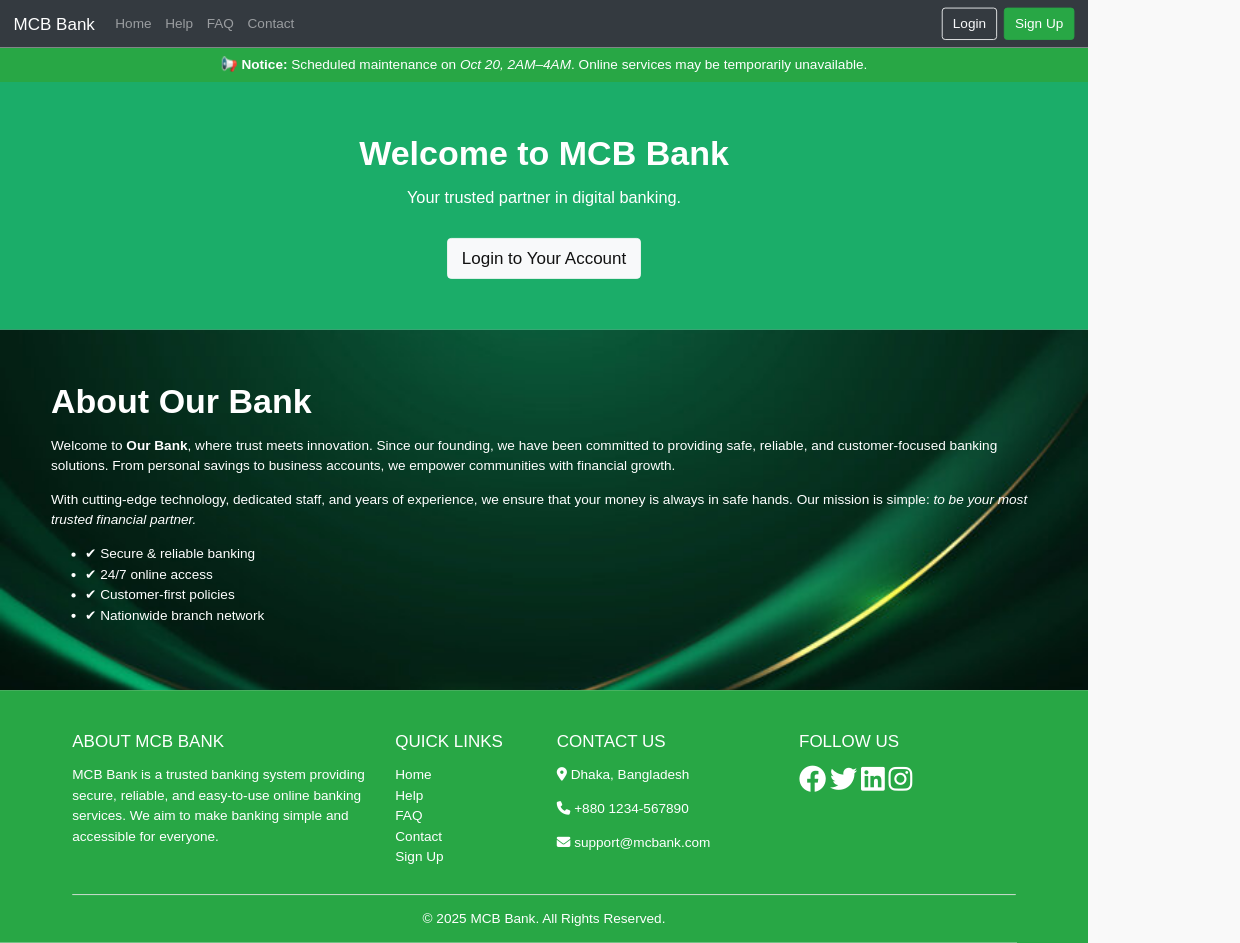
Repository: mhbshimla/my-bank
Page: http://localhost/home.php
These files come from the project's save history. The page is drawn as it stood at one moment and after the next save; the edit follows.
The browser window is 1280 px wide. The page is 1280 px wide, then 1459 px, then 1280 px, so the pictures cover 1459 px, including what lies to the right of the window. The pictures show the whole page, at 85% of full size.
The page is run by PHP 8.4 with error messages shown; the project is at /var/www/html/.

Above is the page before, as saved 2025-10-20 21:15:57.

After the next save:
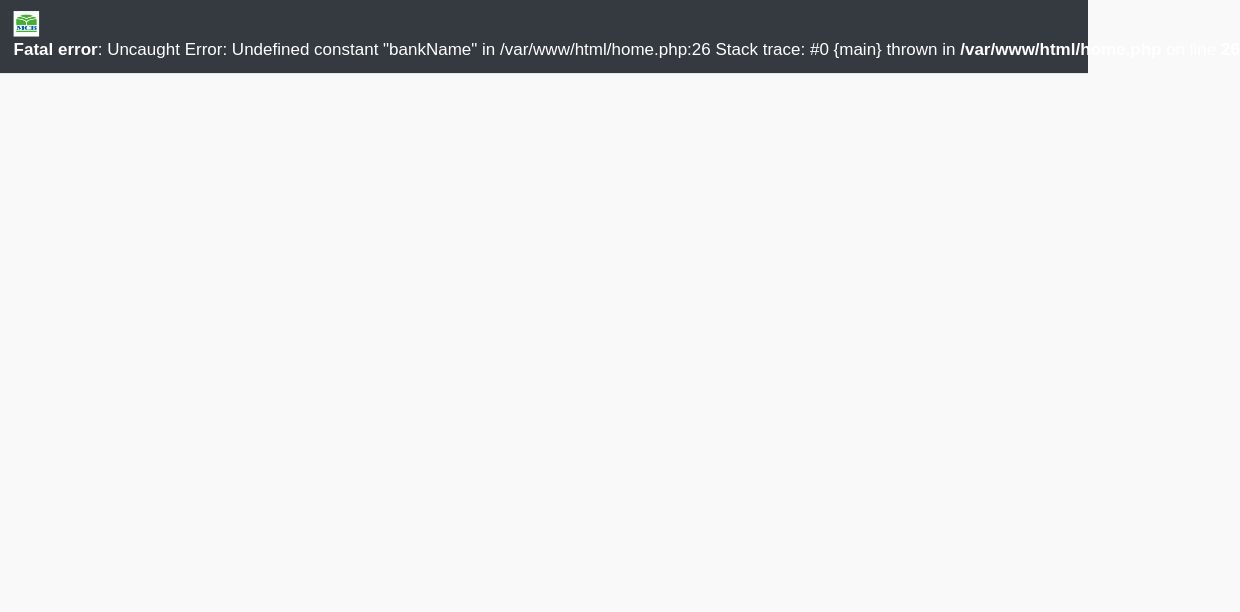
Saved 34 min 15 s later.
--- a/home.php
+++ b/home.php
@@ -21,6 +21,10 @@
 <body>
 
 <nav class="navbar navbar-expand-lg navbar-dark bg-dark">
+  <a class="navbar-brand" href="#">
+    <img src="images/logo.png" width="30" height="30" class="d-inline-block align-top" alt="">
+   <!--  <i class="d-inline-block  fa fa-building fa-fw"></i> --><?php echo bankName; ?>
+  </a>
   <a class="navbar-brand" href="index.php">MCB Bank</a>
   <button class="navbar-toggler" type="button" data-toggle="collapse" data-target="#navbarNav" aria-controls="navbarNav" aria-expanded="false" aria-label="Toggle navigation">
     <span class="navbar-toggler-icon"></span>

After the save that followed:
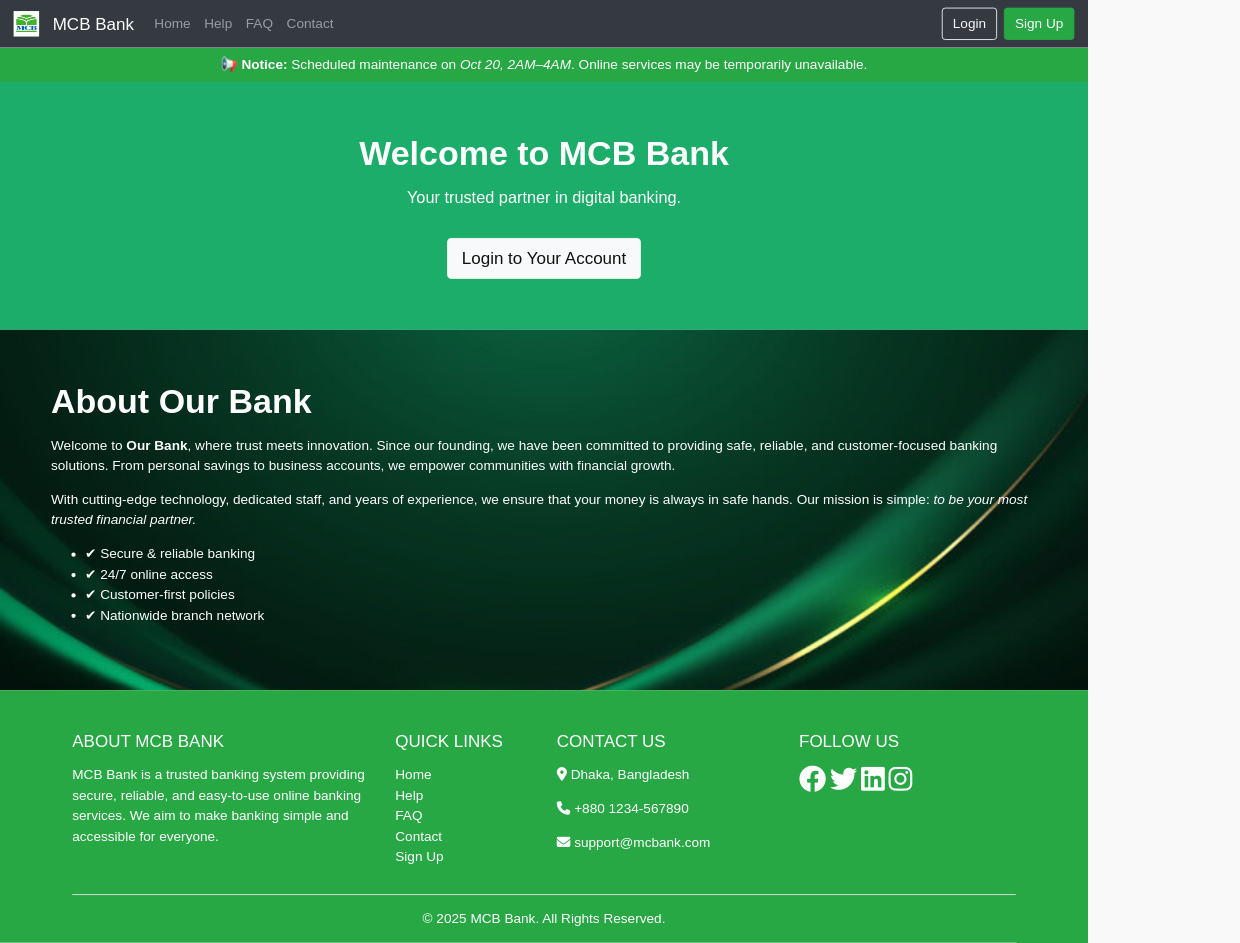
Saved 32 s later.
--- a/home.php
+++ b/home.php
@@ -23,7 +23,6 @@
 <nav class="navbar navbar-expand-lg navbar-dark bg-dark">
   <a class="navbar-brand" href="#">
     <img src="images/logo.png" width="30" height="30" class="d-inline-block align-top" alt="">
-   <!--  <i class="d-inline-block  fa fa-building fa-fw"></i> --><?php echo bankName; ?>
   </a>
   <a class="navbar-brand" href="index.php">MCB Bank</a>
   <button class="navbar-toggler" type="button" data-toggle="collapse" data-target="#navbarNav" aria-controls="navbarNav" aria-expanded="false" aria-label="Toggle navigation">
